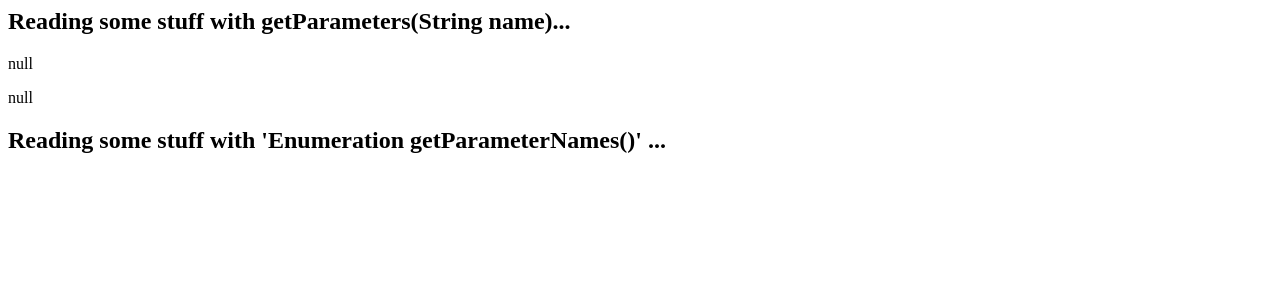
Repository: devjackluo/Java-Servlet-Demo
Page: http://localhost/ServletAppDemo/UserInfoServlet
An editor plug-in stored every save of this project. The page is shown before and after the next save, followed by the edit.
The browser window is 1280 px wide. The pictures show the whole page.
The page is served by Tomcat 9.

Above is the page before, as saved 2019-01-31 22:18:19.

After the next save:
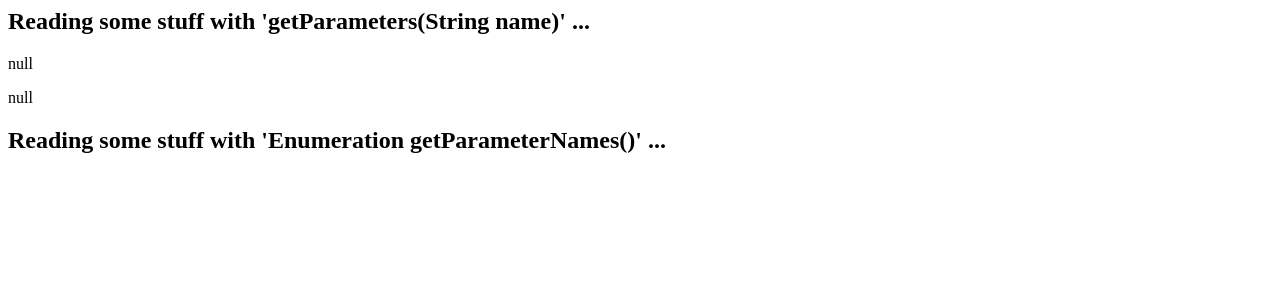
Saved 71 s later.
--- a/ServletAppDemo/src/com/jack/demos/UserInfoServlet.java
+++ b/ServletAppDemo/src/com/jack/demos/UserInfoServlet.java
@@ -39,7 +39,7 @@ public class UserInfoServlet extends HttpServlet {
 		String firstName = request.getParameter("firstName");
 		String lastName = request.getParameter("lastName");
 
-		out.println("<h2>Reading some stuff with getParameters(String name)...</h2>");
+		out.println("<h2>Reading some stuff with 'getParameters(String name)' ...</h2>");
 		out.println("<div>");
 		out.println("<p>" + firstName + "</p>");
 		out.println("<p>" + lastName + "</p>");
